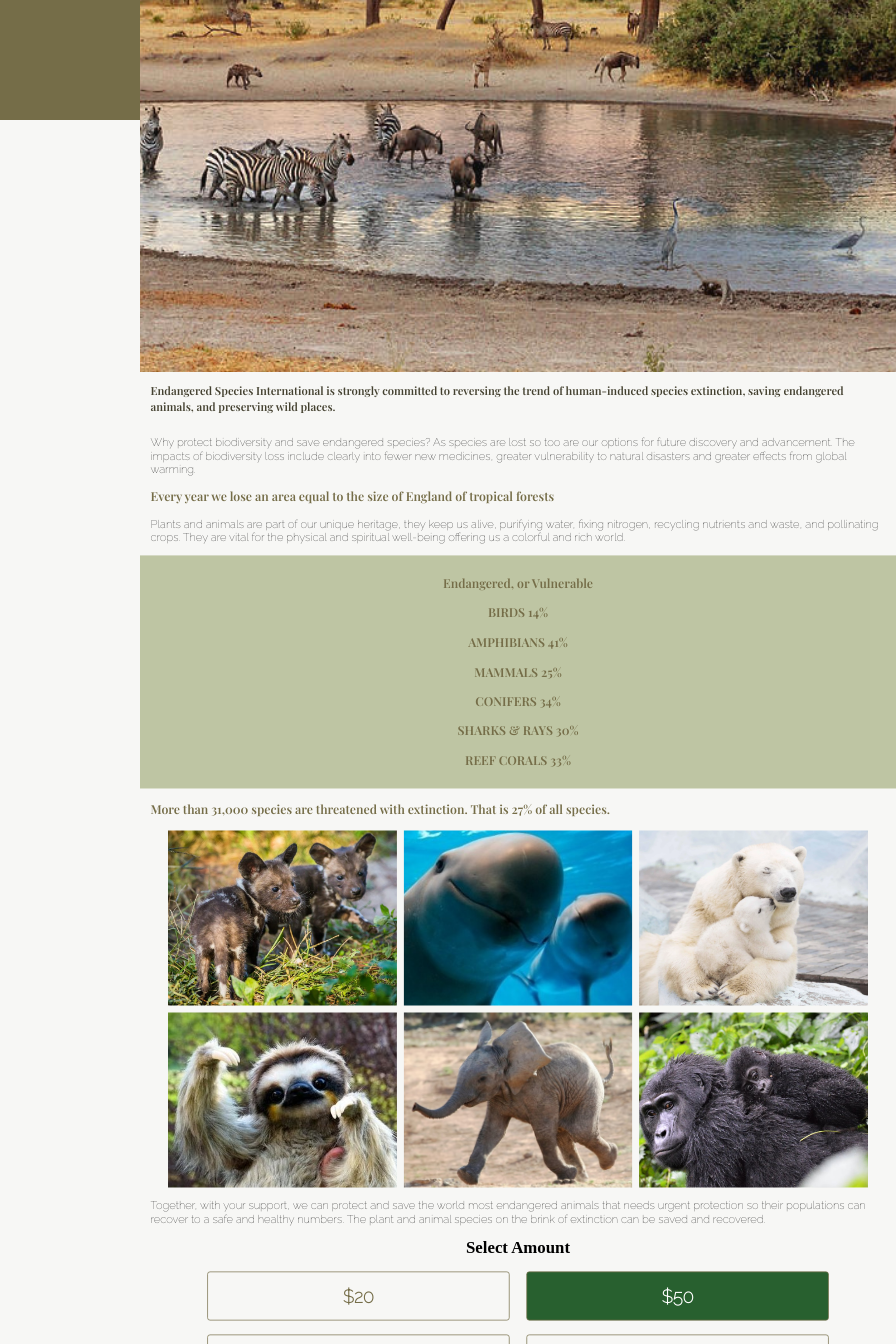
Repository: jlsorgel/smc_WD2_spring20
Page: final/index.html
The author's editor kept a copy of each file at every save. The page is drawn from the files as they stood at one save, then again after the next save.
The browser window is 1280 px wide. The pictures show the part of the page from y = 548 to 2468 px (the page is 2804 px tall), at 70% of full size.
Some web libraries are served in a nearby version.

Above is the page before, as saved 2020-06-16 13:55:18.

After the next save:
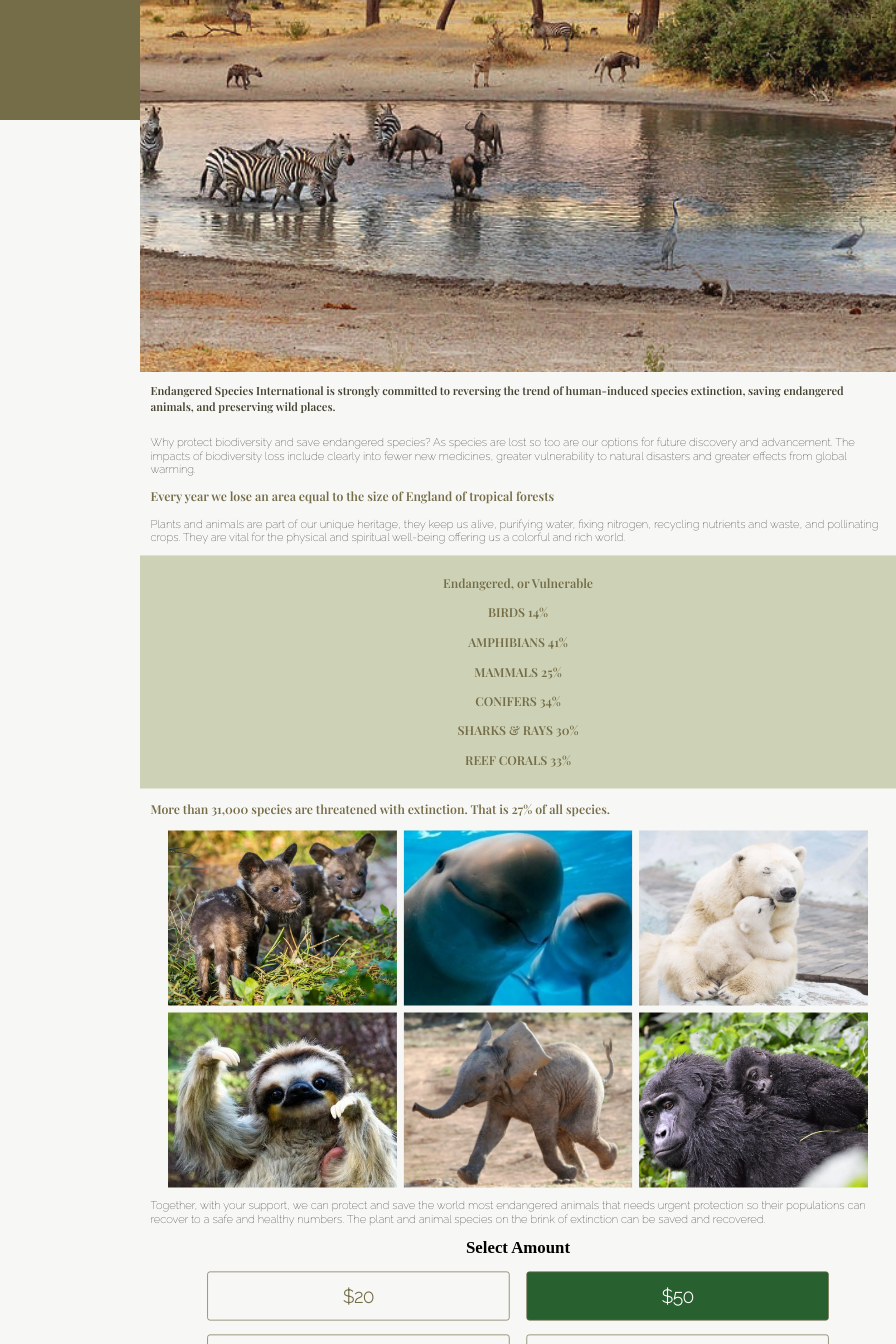
Saved 64 s later.
--- a/final/main.css
+++ b/final/main.css
@@ -13,7 +13,7 @@
 
 
 :root {
-  --lightgreen: rgba(102, 119, 34, 0.39);
+  --lightgreen: rgba(102, 119, 34, 0.29);
   --uglygreen:rgb(117, 109, 72);
   --headercolor:#444130;
   --darkgreen:#28602f;
